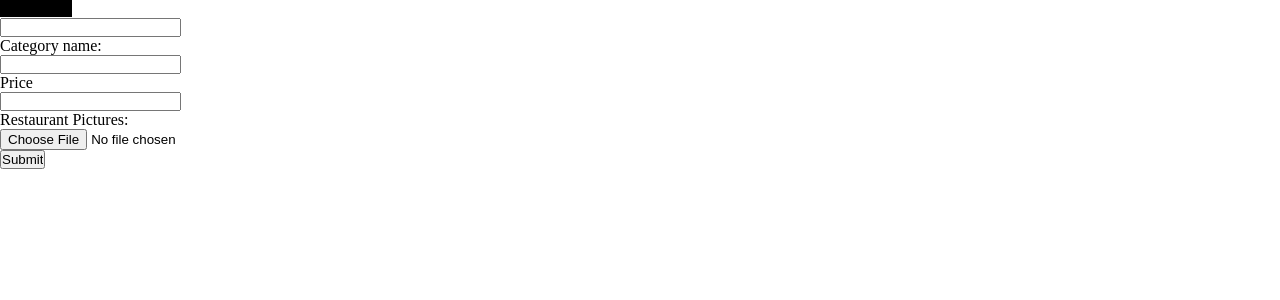
Repository: jatannoury/Ecommerce-Laravel-Electron
Page: Admin-electron/src/HTML/add_item.html
The author's editor kept a copy of each file at every save. The page is drawn from the files as they stood at one save, then again after a run of saves.
The browser window is 1280 px wide. The pictures show the whole page.

Above is the page before, as saved 2022-06-10 22:25:48.

### Admin-electron/src/HTML/add_item.html
<!DOCTYPE html>
<html lang="en">

    <head>
        <meta charset="UTF-8">
        <link rel="stylesheet" href="../CSS/styles.css">
        <title>Admin-Add_item</title>
    </head>

    <body>
        <form action="/action_page.php">
            <label for="item_name" class="one" id="item_name ">Item name:</label><br>
            <input type="text"  name="fname" ><br>
            <label for="Category_name" id="Category_name">Category name:</label><br>
            <input type="text"  name="fname" ><br>
            <label for="price" id="price">Price</label><br>
            <input type="text"  name="fname" ><br>
            <div >
            <label for="pictures">Restaurant Pictures:</label></br>
            <input id="pictures" type="file" accept="image/*">
            </div>
            <input type="submit" value="Submit">

        </form>
    </body>
</html>

### Admin-electron/src/CSS/styles.css
*{
    padding: 0;
    margin: 0;
    box-sizing: border-box;
}
.box-1, .box-2{
    padding:5% 5% 5% 5%;
    margin-left:0% ;
    margin-top: 20%;
    border-radius: 20px;
}

.box-1{
    margin-left: 30%;
}

.box-2{
    margin-left: 5%;
}

 .box-2:hover, .box-1:hover{
    border-color: red;
}

.one {
    margin: 5 %;
    background-color: black;
}

After the next 2 saves:
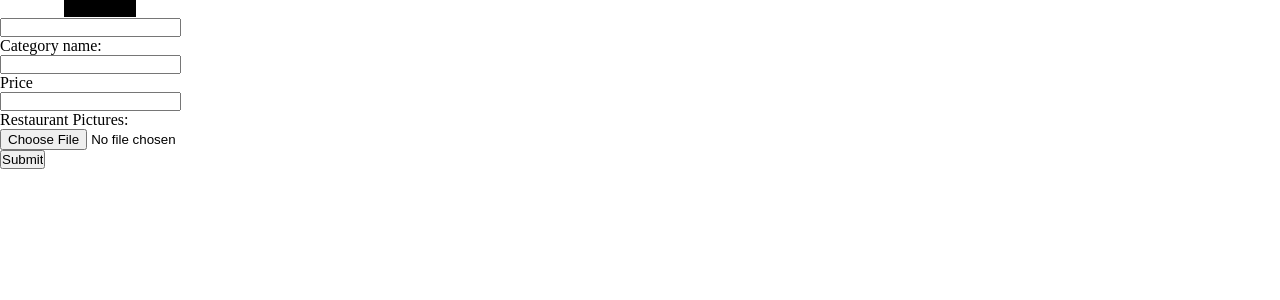
The 2 saves are shown as one change because they came seconds apart.
The last was saved 5 s later.
--- a/Admin-electron/src/CSS/styles.css
+++ b/Admin-electron/src/CSS/styles.css
@@ -23,6 +23,6 @@
 }
 
 .one {
-    margin: 5 %;
+    margin: 5% 5% 5% 5%;
     background-color: black;
 }
